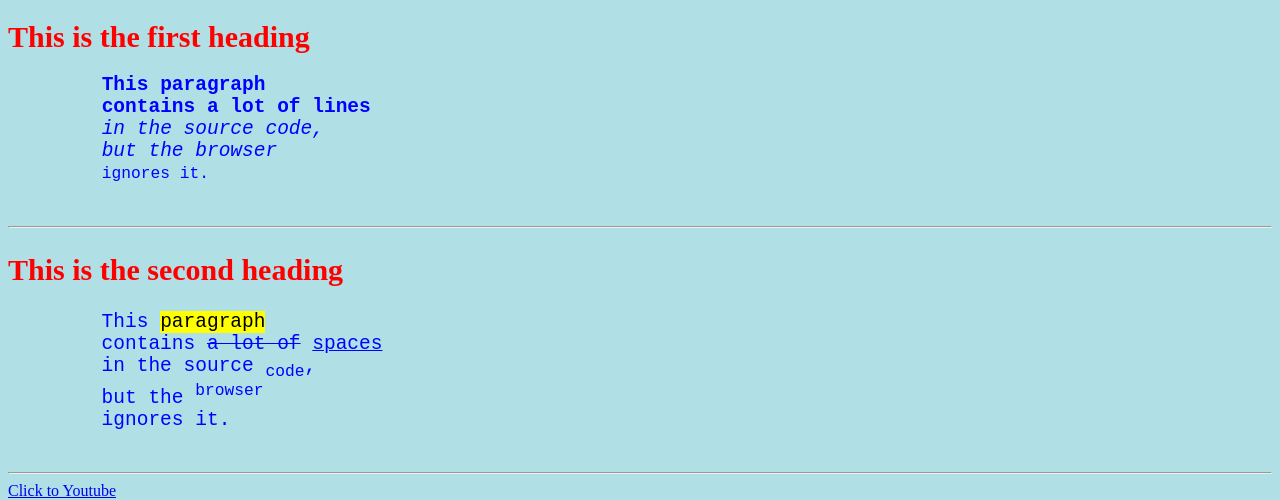
Repository: zRush1202/LoginPage-demo
Page: ex_html/index.html
An editor plug-in stored every save of this project. The page is shown before and after the next save, followed by the edit.
The browser window is 1280 px wide. The pictures show the part of the page from y = 0 to 500 px (the page is 773 px tall).
Pictures or frames that could not be fetched are drawn as grey boxes.

Above is the page before, as saved 2023-09-06 17:14:18.

### ex_html/index.html
<!DOCTYPE html>
<html lang="en">
<head>
    <meta charset="UTF-8">
    <meta name="viewport" content="width=device-width, initial-scale=1.0">
    <title>Page Title!</title>
</head>
<body style="background-color: powderblue;">
    <h1 style="color: red; font-size: 30px; font-family:'Times New Roman', Times, serif; text-align:left;">This is the first heading</h1>
    <pre style="color: blue; font-size: 150%;"; title="I'm a tooltip">
        <b>This paragraph</b>
        <strong>contains a lot of lines</strong>
        <i>in the source code,</i>
        <em>but the browser</em>
        <small>ignores it.</small>
    </pre>
    <hr>
    <h2 style="color:red;font-size: 30px; font-family: 'Times New Roman', Times, serif;">This is the second heading</h2>
    <pre style="color: blue; font-size: 150%;">
        This <mark>paragraph</mark>
        contains <del>a lot of</del> <ins>spaces</ins>
        in the source <sub>code</sub>,
        but the <sup>browser</sup>
        ignores it.
    </pre>
    <!--
    <p>Here is the quote from youtube website:</p>
    <blockquote cite="https://www.youtube.com/">
        Lorem ipsum dolor sit amet consectetur adipisicing elit.
        Deleniti alias tempora labore laudantium veritatis enim beatae
        voluptatibus ipsum sit qui maiores dicta repudiandae libero eaque
        pariatur perspiciatis, distinctio cupiditate magni.
    </blockquote>
    <p>Youtube's goal is to: <q>Watch video!</q></p>
    <p>The <abbr title="World Health Organization">WHO</abbr> was founded in 1948.</p>
    <address>
        Written by John Doe.<br>
        Visit us at:<br>
        Example.com<br>
        Box 564, Disneyland<br>
        USA
    </address>
    <p><cite>The Scream</cite> by Edvard Munch. Painted in 1893.</p>
    <bdo dir="rtl">This text will be written from right to left</bdo>
    -->
    <hr>
    <a href="https://www.youtube.com/"> Click to Youtube</a>
    <br>
    <img src="https://inkythuatso.com/uploads/images/2021/10/youtube-logo-inkythuatso-01-27-14-06-56.jpg" alt="Yae Miko" width="450" height="250">
    <br>

</body>
</html>

<!-- <!DOCTYPE html>
<html>
    <head>
        <title>
            Page Title!
        </title>
    </head>
    <body>
        <h1>First heading</h1>
        <p>First paragraph</p>
    </body>
</html> -->

After the next save:
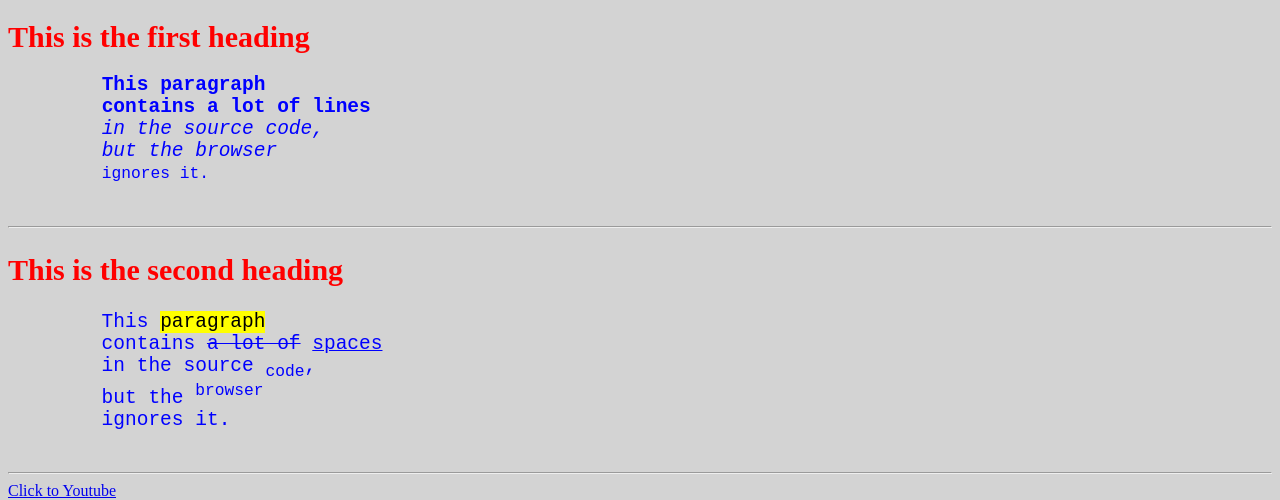
Saved 2 min 7 s later.
--- a/ex_html/index.html
+++ b/ex_html/index.html
@@ -5,7 +5,7 @@
     <meta name="viewport" content="width=device-width, initial-scale=1.0">
     <title>Page Title!</title>
 </head>
-<body style="background-color: powderblue;">
+<body style="background-color: lightgray;">
     <h1 style="color: red; font-size: 30px; font-family:'Times New Roman', Times, serif; text-align:left;">This is the first heading</h1>
     <pre style="color: blue; font-size: 150%;"; title="I'm a tooltip">
         <b>This paragraph</b>
